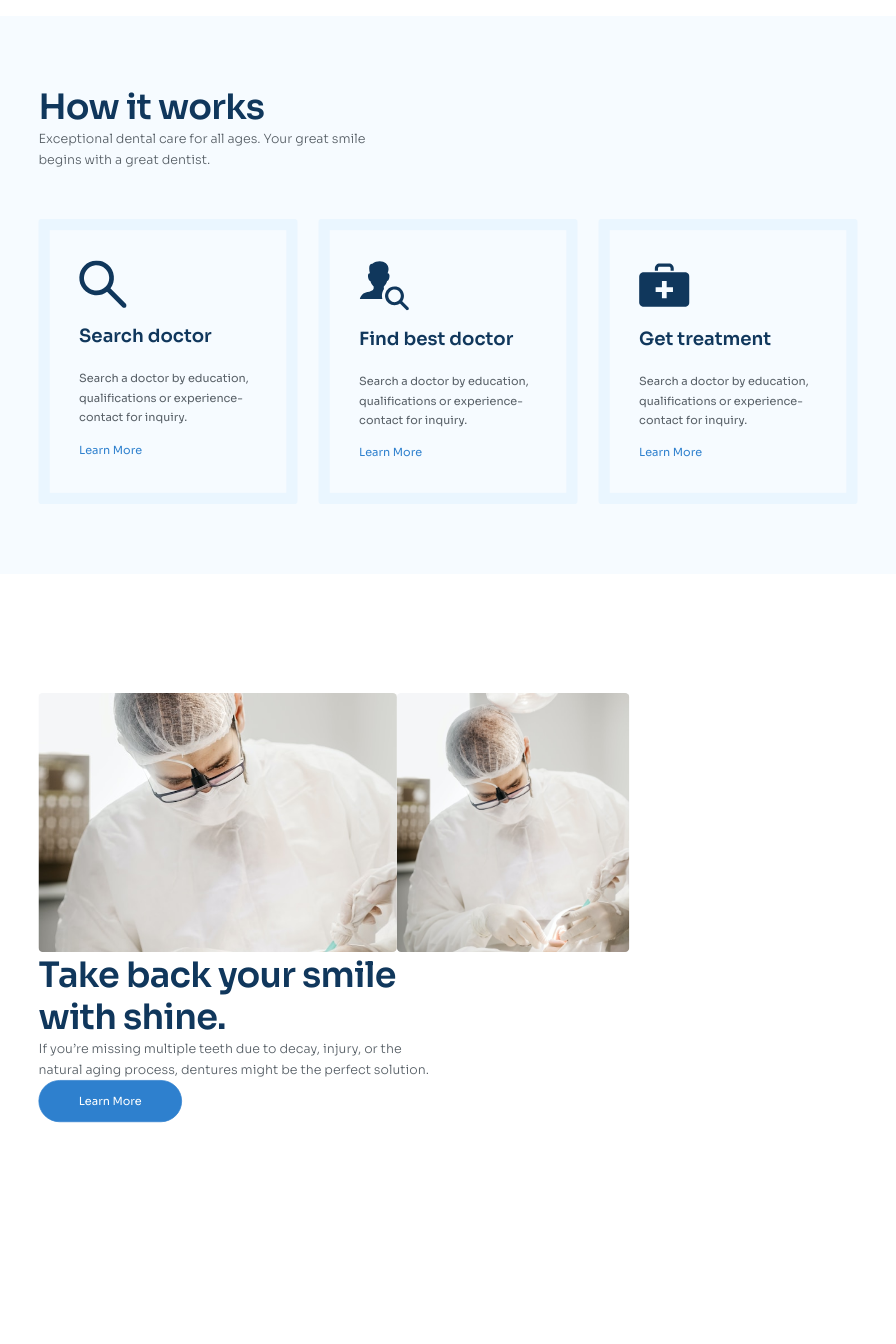
Repository: Tran-Dat/F8_Project_03
Page: index.html
These files come from the project's save history. The page is drawn as it stood at one moment and after the next save; the edit follows.
The browser window is 1280 px wide. The pictures show the part of the page from y = 1880 to 3800 px (the page is 3800 px tall), at 70% of full size.

Above is the page before, as saved 2023-04-03 16:12:34.

After the next save:
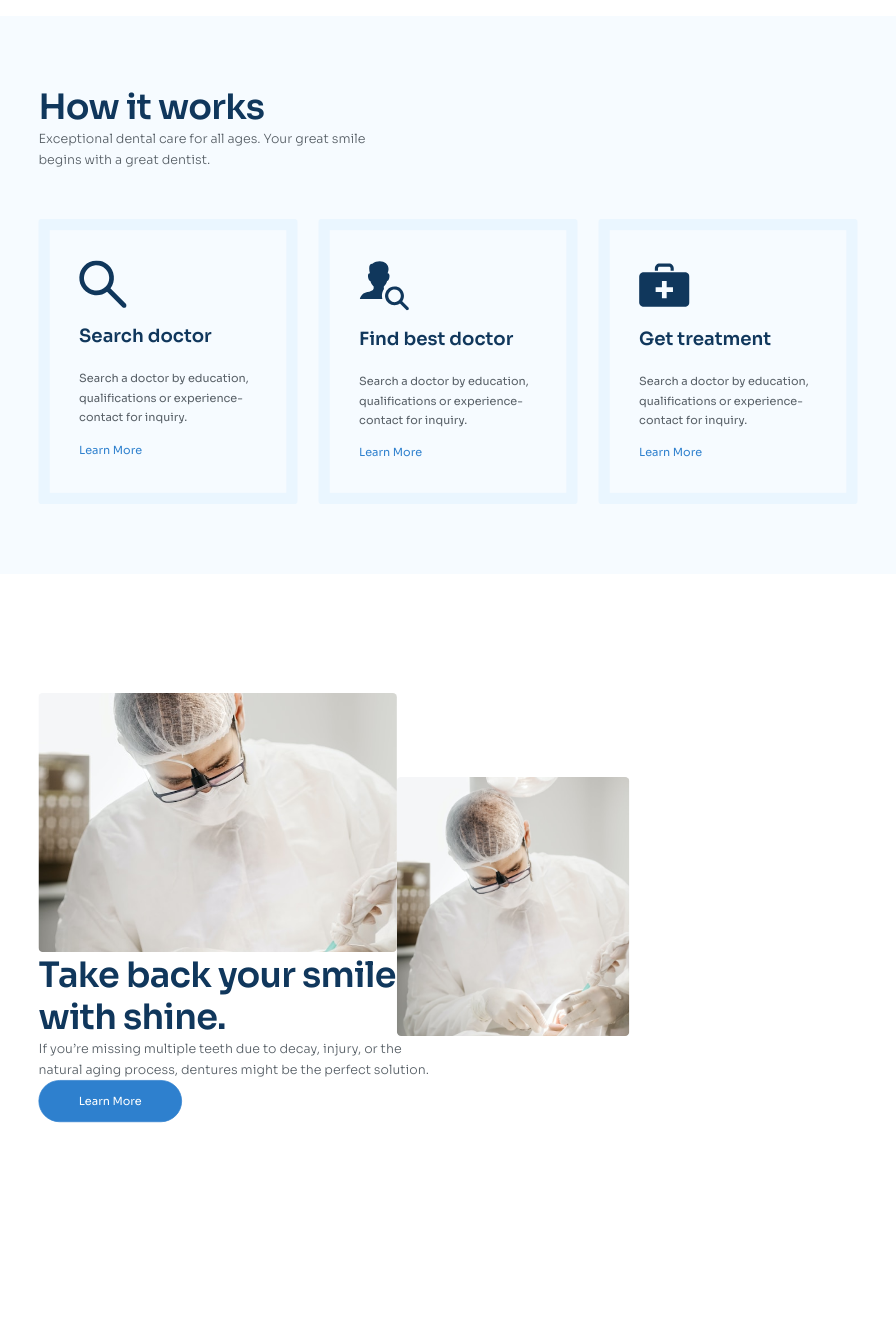
Saved 22 s later.
--- a/assets/css/style.css
+++ b/assets/css/style.css
@@ -405,5 +405,6 @@ a {
 
 .feature__img:last-child {
     position: absolute;
+    top: 120px;
     width: 332px;
 }
